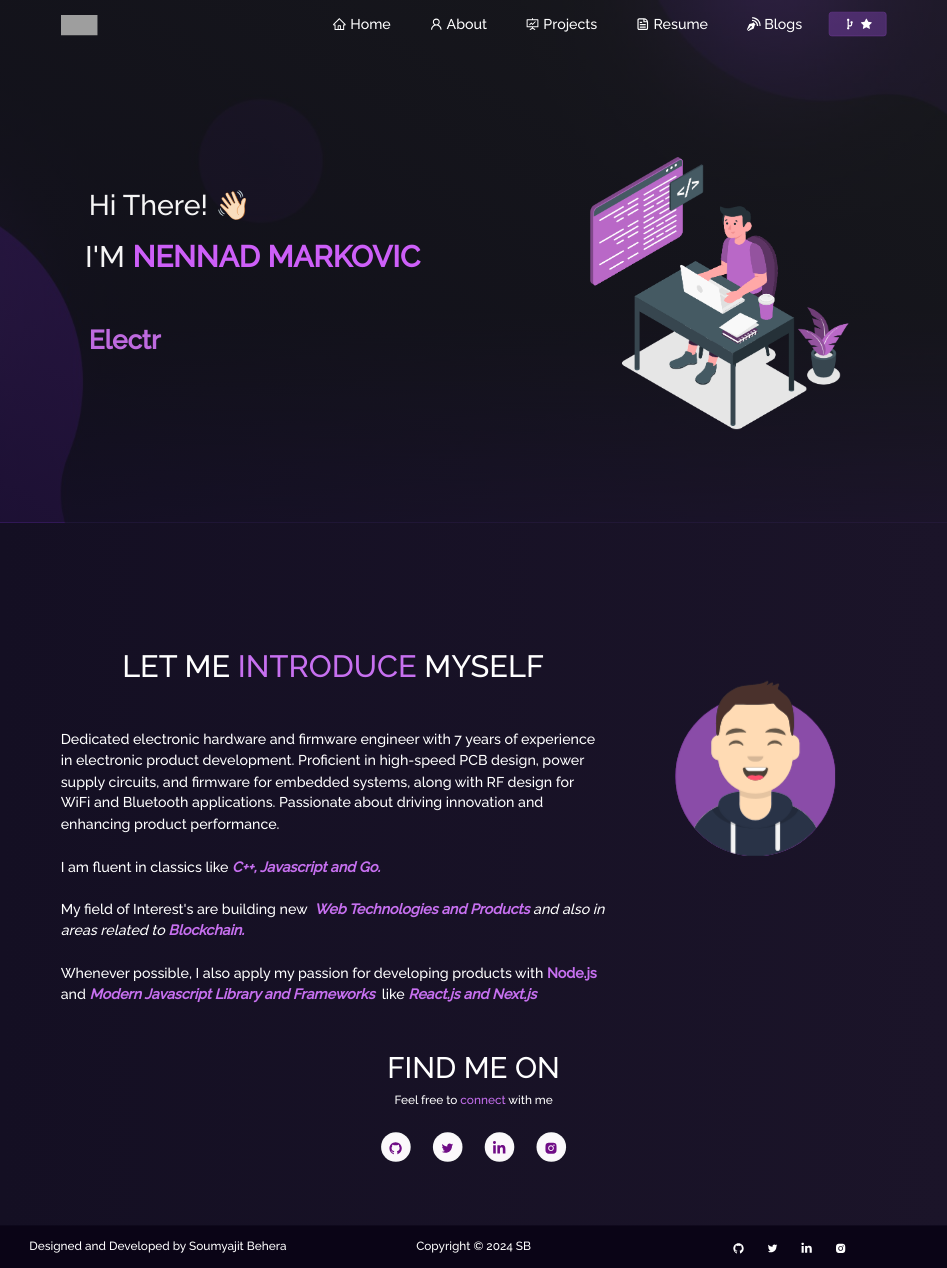
Repository: nenadMarkorvic/personal-website
Page: /
The author's editor kept a copy of each file at every save. The page is drawn from the files as they stood at one save, then again after the next save.
The browser window is 1280 px wide. The pictures show the whole page, at 74% of full size.
Pictures or frames that could not be fetched are drawn as grey boxes. The project was rebuilt for these pictures with package versions that can differ from the ones it lists, and the page was loaded fresh each time. Also part of the build but not shown: src/components/About/Github.js, src/components/About/Techstack.js, src/components/About/AboutCard.js, src/components/About/Toolstack.js, src/components/About/About.js, src/components/Projects/ProjectCards.js, src/components/Projects/Projects.js, src/components/Resume/ResumeNew.js. Imported but missing from the stored project, and not drawn on this page: src/Assets/Soumyajit_Behera-BIT_MESRA.pdf.

Above is the page before, as saved 2024-08-29 06:51:18.

### src/components/Navbar.js
import React, { useState } from "react";
import Navbar from "react-bootstrap/Navbar";
import Nav from "react-bootstrap/Nav";
import Container from "react-bootstrap/Container";
import logo from "../Assets/logo.png";
import Button from "react-bootstrap/Button";
import { Link } from "react-router-dom";
import { CgGitFork } from "react-icons/cg";
import { ImBlog } from "react-icons/im";
import {
  AiFillStar,
  AiOutlineHome,
  AiOutlineFundProjectionScreen,
  AiOutlineUser,
} from "react-icons/ai";

import { CgFileDocument } from "react-icons/cg";

function NavBar() {
  const [expand, updateExpanded] = useState(false);
  const [navColour, updateNavbar] = useState(false);

  function scrollHandler() {
    if (window.scrollY >= 20) {
      updateNavbar(true);
    } else {
      updateNavbar(false);
    }
  }

  window.addEventListener("scroll", scrollHandler);

  return (
    <Navbar
      expanded={expand}
      fixed="top"
      expand="md"
      className={navColour ? "sticky" : "navbar"}
    >
      <Container>
        <Navbar.Brand href="/" className="d-flex">
          <img src={logo} className="img-fluid logo" alt="brand" />
        </Navbar.Brand>
        <Navbar.Toggle
          aria-controls="responsive-navbar-nav"
          onClick={() => {
            updateExpanded(expand ? false : "expanded");
          }}
        >
          <span></span>
          <span></span>
          <span></span>
        </Navbar.Toggle>
        <Navbar.Collapse id="responsive-navbar-nav">
          <Nav className="ms-auto" defaultActiveKey="#home">
            <Nav.Item>
              <Nav.Link as={Link} to="/" onClick={() => updateExpanded(false)}>
                <AiOutlineHome style={{ marginBottom: "2px" }} /> Home
              </Nav.Link>
            </Nav.Item>

            <Nav.Item>
              <Nav.Link
                as={Link}
                to="/about"
                onClick={() => updateExpanded(false)}
              >
                <AiOutlineUser style={{ marginBottom: "2px" }} /> About
              </Nav.Link>
            </Nav.Item>

            <Nav.Item>
              <Nav.Link
                as={Link}
                to="/project"
                onClick={() => updateExpanded(false)}
              >
                <AiOutlineFundProjectionScreen
                  style={{ marginBottom: "2px" }}
                />{" "}
                Projects
              </Nav.Link>
            </Nav.Item>

            <Nav.Item>
              <Nav.Link
                as={Link}
                to="/resume"
                onClick={() => updateExpanded(false)}
              >
                <CgFileDocument style={{ marginBottom: "2px" }} /> Resume
              </Nav.Link>
            </Nav.Item>

            <Nav.Item>
              <Nav.Link
                href="https://soumyajitblogs.vercel.app/"
                target="_blank"
                rel="noreferrer"
              >
                <ImBlog style={{ marginBottom: "2px" }} /> Blogs
              </Nav.Link>
            </Nav.Item>

            <Nav.Item className="fork-btn">
              <Button
                href="https://github.com/soumyajit4419/Portfolio"
                target="_blank"
                className="fork-btn-inner"
              >
                <CgGitFork style={{ fontSize: "1.2em" }} />{" "}
                <AiFillStar style={{ fontSize: "1.1em" }} />
              </Button>
            </Nav.Item>
          </Nav>
        </Navbar.Collapse>
      </Container>
    </Navbar>
  );
}

export default NavBar;

### src/components/Home/Home.js
import React from "react";
import { Container, Row, Col } from "react-bootstrap";
import homeLogo from "../../Assets/home-main.svg";
import Particle from "../Particle";
import Home2 from "./Home2";
import Type from "./Type";

function Home() {
  return (
    <section>
      <Container fluid className="home-section" id="home">
        <Particle />
        <Container className="home-content">
          <Row>
            <Col md={7} className="home-header">
              <h1 style={{ paddingBottom: 15 }} className="heading">
                Hi There!{" "}
                <span className="wave" role="img" aria-labelledby="wave">
                  👋🏻
                </span>
              </h1>

              <h1 className="heading-name">
                I'M
                <strong className="main-name"> NENNAD MARKOVIC</strong>
              </h1>

              <div style={{ padding: 50, textAlign: "left" }}>
                <Type />
              </div>
            </Col>

            <Col md={5} style={{ paddingBottom: 20 }}>
              <img
                src={homeLogo}
                alt="home pic"
                className="img-fluid"
                style={{ maxHeight: "450px" }}
              />
            </Col>
          </Row>
        </Container>
      </Container>
      <Home2 />
    </section>
  );
}

export default Home;

### src/components/Footer.js
import React from "react";
import { Container, Row, Col } from "react-bootstrap";
import {
  AiFillGithub,
  AiOutlineTwitter,
  AiFillInstagram,
} from "react-icons/ai";
import { FaLinkedinIn } from "react-icons/fa";

function Footer() {
  let date = new Date();
  let year = date.getFullYear();
  return (
    <Container fluid className="footer">
      <Row>
        <Col md="4" className="footer-copywright">
          <h3>Designed and Developed by Soumyajit Behera</h3>
        </Col>
        <Col md="4" className="footer-copywright">
          <h3>Copyright © {year} SB</h3>
        </Col>
        <Col md="4" className="footer-body">
          <ul className="footer-icons">
            <li className="social-icons">
              <a
                href="https://github.com/soumyajit4419"
                style={{ color: "white" }}
                target="_blank"
                rel="noopener noreferrer"
              >
                <AiFillGithub />
              </a>
            </li>
            <li className="social-icons">
              <a
                href="https://twitter.com/Soumyajit4419"
                style={{ color: "white" }}
                target="_blank"
                rel="noopener noreferrer"
              >
                <AiOutlineTwitter />
              </a>
            </li>
            <li className="social-icons">
              <a
                href="https://www.linkedin.com/in/soumyajit4419/"
                style={{ color: "white" }}
                target="_blank"
                rel="noopener noreferrer"
              >
                <FaLinkedinIn />
              </a>
            </li>
            <li className="social-icons">
              <a
                href="https://www.instagram.com/soumyajit4419"
                style={{ color: "white" }}
                target="_blank"
                rel="noopener noreferrer"
              >
                <AiFillInstagram />
              </a>
            </li>
          </ul>
        </Col>
      </Row>
    </Container>
  );
}

export default Footer;

### src/components/Particle.js
import React from "react";
import Particles from "react-tsparticles";

function Particle() {
  return (
    <Particles
      id="tsparticles"
      params={{
        particles: {
          number: {
            value: 160,
            density: {
              enable: true,
              value_area: 1500,
            },
          },
          line_linked: {
            enable: false,
            opacity: 0.03,
          },
          move: {
            direction: "right",
            speed: 0.05,
          },
          size: {
            value: 1,
          },
          opacity: {
            anim: {
              enable: true,
              speed: 1,
              opacity_min: 0.05,
            },
          },
        },
        interactivity: {
          events: {
            onclick: {
              enable: true,
              mode: "push",
            },
          },
          modes: {
            push: {
              particles_nb: 1,
            },
          },
        },
        retina_detect: true,
      }}
    />
  );
}

export default Particle;

### src/components/Home/Home2.js
import React from "react";
import { Container, Row, Col } from "react-bootstrap";
import myImg from "../../Assets/avatar.svg";
import Tilt from "react-parallax-tilt";
import {
  AiFillGithub,
  AiOutlineTwitter,
  AiFillInstagram,
} from "react-icons/ai";
import { FaLinkedinIn } from "react-icons/fa";
function Home2() {
  return (
    <Container fluid className="home-about-section" id="about">
      <Container>
        <Row>
          <Col md={8} className="home-about-description">
            <h1 style={{ fontSize: "2.6em" }}>
              LET ME <span className="purple"> INTRODUCE </span> MYSELF
            </h1>
            <p className="home-about-body">
              Dedicated electronic hardware and firmware engineer with 7 years of
              experience in electronic product development.
              Proficient in high-speed
              PCB design, power supply circuits, and firmware for embedded systems,
              along with RF design for WiFi and Bluetooth applications. Passionate
              about driving innovation and enhancing product performance.
              <br />
              <br />I am fluent in classics like
              <i>
                <b className="purple"> C++, Javascript and Go. </b>
              </i>
              <br />
              <br />
              My field of Interest's are building new &nbsp;
              <i>
                <b className="purple">Web Technologies and Products </b> and
                also in areas related to{" "}
                <b className="purple">
                  Blockchain.
                </b>
              </i>
              <br />
              <br />
              Whenever possible, I also apply my passion for developing products
              with <b className="purple">Node.js</b> and
              <i>
                <b className="purple">
                  {" "}
                  Modern Javascript Library and Frameworks
                </b>
              </i>
              &nbsp; like
              <i>
                <b className="purple"> React.js and Next.js</b>
              </i>
            </p>
          </Col>
          <Col md={4} className="myAvtar">
            <Tilt>
              <img src={myImg} className="img-fluid" alt="avatar" />
            </Tilt>
          </Col>
        </Row>
        <Row>
          <Col md={12} className="home-about-social">
            <h1>FIND ME ON</h1>
            <p>
              Feel free to <span className="purple">connect </span>with me
            </p>
            <ul className="home-about-social-links">
              <li className="social-icons">
                <a
                  href="https://github.com/soumyajit4419"
                  target="_blank"
                  rel="noreferrer"
                  className="icon-colour  home-social-icons"
                >
                  <AiFillGithub />
                </a>
              </li>
              <li className="social-icons">
                <a
                  href="https://twitter.com/Soumyajit4419"
                  target="_blank"
                  rel="noreferrer"
                  className="icon-colour  home-social-icons"
                >
                  <AiOutlineTwitter />
                </a>
              </li>
              <li className="social-icons">
                <a
                  href="https://www.linkedin.com/in/soumyajit4419/"
                  target="_blank"
                  rel="noreferrer"
                  className="icon-colour  home-social-icons"
                >
                  <FaLinkedinIn />
                </a>
              </li>
              <li className="social-icons">
                <a
                  href="https://www.instagram.com/soumyajit4419"
                  target="_blank"
                  rel="noreferrer"
                  className="icon-colour home-social-icons"
                >
                  <AiFillInstagram />
                </a>
              </li>
            </ul>
          </Col>
        </Row>
      </Container>
    </Container>
  );
}
export default Home2;

### src/components/Home/Type.js
import React from "react";
import Typewriter from "typewriter-effect";

function Type() {
  return (
    <Typewriter
      options={{
        strings: [
          "Electrical Engineer",
          "Freelancer",
          "PCB Designer",
          "Firmware Developer"
        ],
        autoStart: true,
        loop: true,
        deleteSpeed: 50,
      }}
    />
  );
}

export default Type;

Loaded but not shown: public/index.html (common file); src/index.js (common file); src/index.css (common file); src/App.js (common file); src/reportWebVitals.js (common file); src/components/Pre.js (common file); src/components/ScrollToTop.js (common file); src/style.css (common file); src/App.css (common file)

After the next save:
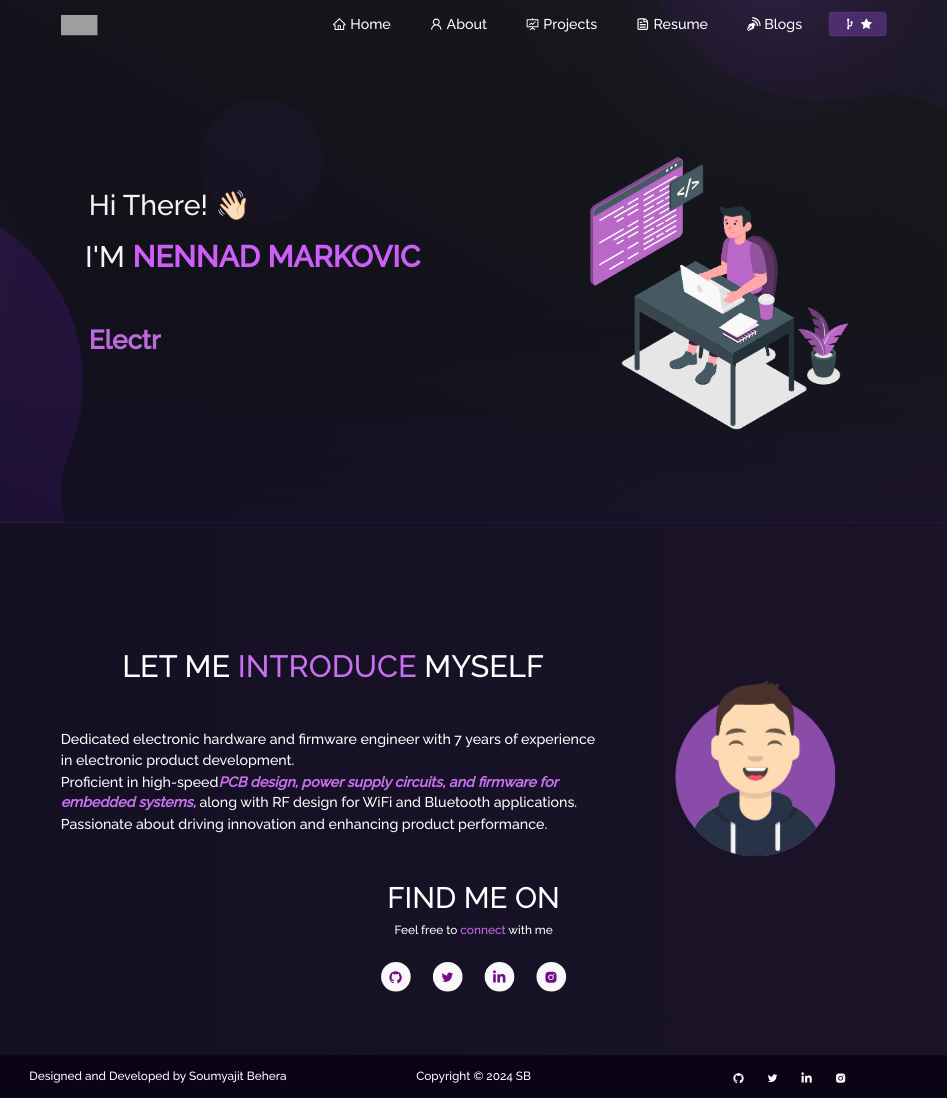
Saved 2 min 46 s later.
--- a/src/components/Home/Home2.js
+++ b/src/components/Home/Home2.js
@@ -20,39 +20,16 @@ function Home2() {
             <p className="home-about-body">
               Dedicated electronic hardware and firmware engineer with 7 years of
               experience in electronic product development.
+              <br></br>
               Proficient in high-speed
-              PCB design, power supply circuits, and firmware for embedded systems,
+              <i>
+                <b className="purple">PCB design, power supply circuits, and firmware for embedded systems, </b>
+              </i>
               along with RF design for WiFi and Bluetooth applications. Passionate
               about driving innovation and enhancing product performance.
-              <br />
-              <br />I am fluent in classics like
-              <i>
-                <b className="purple"> C++, Javascript and Go. </b>
-              </i>
-              <br />
-              <br />
-              My field of Interest's are building new &nbsp;
-              <i>
-                <b className="purple">Web Technologies and Products </b> and
-                also in areas related to{" "}
-                <b className="purple">
-                  Blockchain.
-                </b>
-              </i>
-              <br />
-              <br />
-              Whenever possible, I also apply my passion for developing products
-              with <b className="purple">Node.js</b> and
-              <i>
-                <b className="purple">
-                  {" "}
-                  Modern Javascript Library and Frameworks
-                </b>
-              </i>
-              &nbsp; like
-              <i>
-                <b className="purple"> React.js and Next.js</b>
-              </i>
+
+
+
             </p>
           </Col>
           <Col md={4} className="myAvtar">
